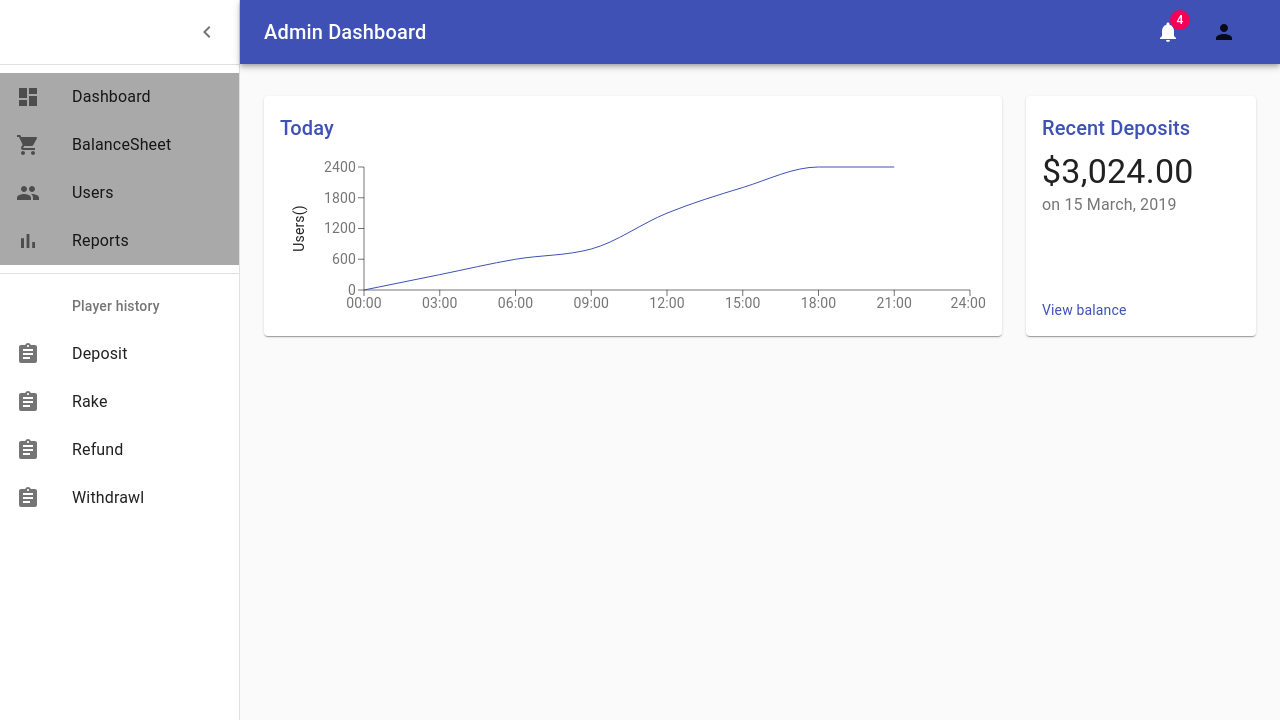
Repository: imayankbisht/ludofrontend
Page: /Dashboard
The author's editor kept a copy of each file at every save. The page is drawn from the files as they stood at one save, then again after the next save.
The browser window is 1280 px wide. The pictures show the whole page.
The project was rebuilt for these pictures with package versions that can differ from the ones it lists, and the page was loaded fresh each time. Also part of the build but not shown: src/axios.js, src/components/login.js.

Above is the page before, as saved 2021-01-16 14:11:52.

After the next save:
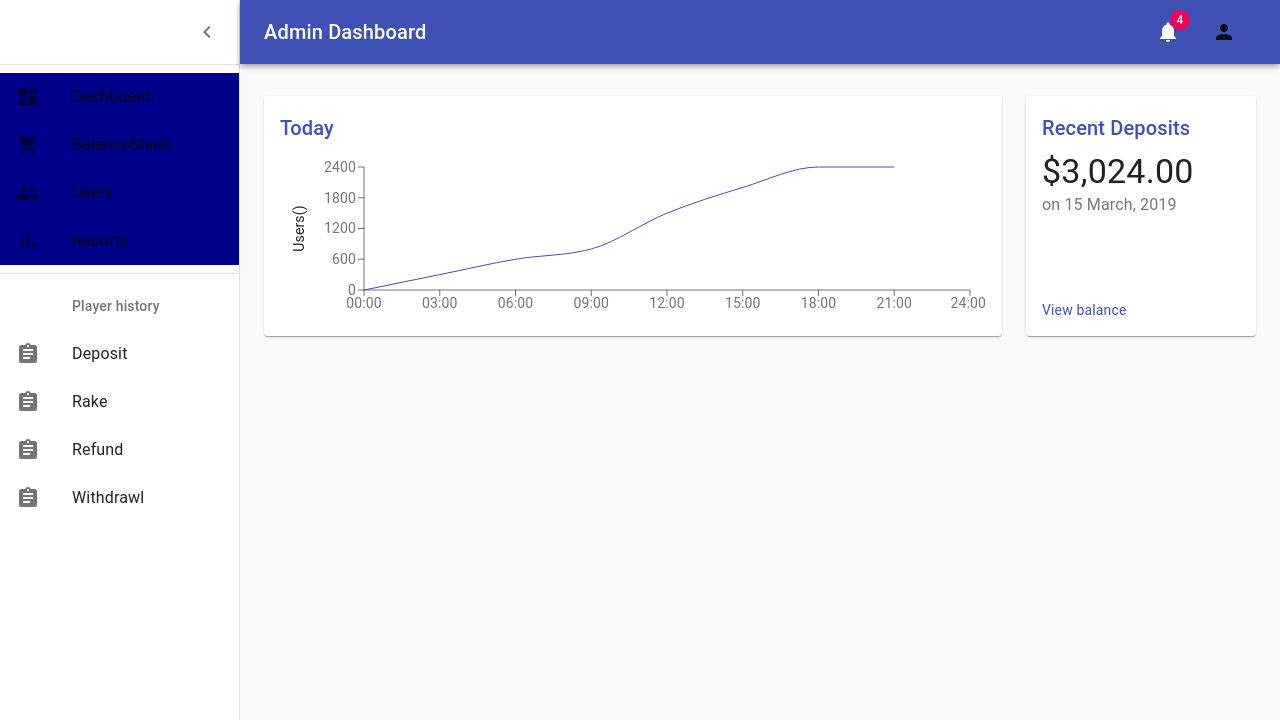
Saved 13 s later.
--- a/src/components/listItems.js
+++ b/src/components/listItems.js
@@ -13,7 +13,7 @@ import Box from '@material-ui/core/Box';
 
 export const mainListItems = (
   <div>
-   <Box bgcolor="darkgrey">
+   <Box bgcolor="darkblue">
    <ListItem button>
       <ListItemIcon>
         <DashboardIcon />
